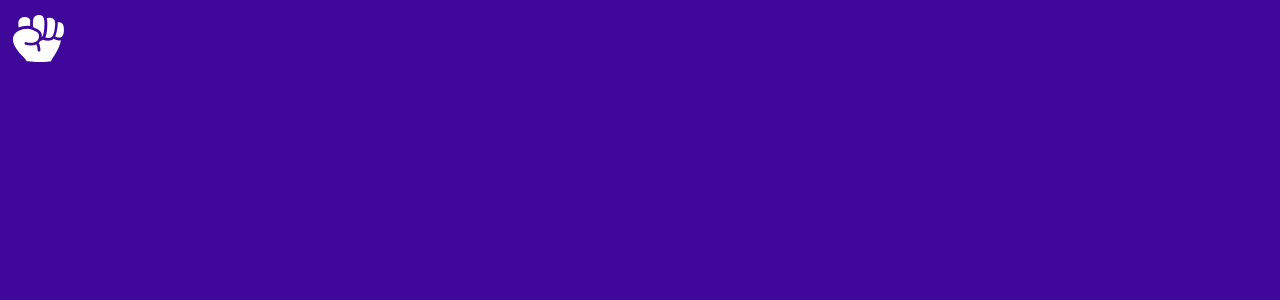
Repository: HI-CLAIRE/s.s.a.f.y_java
Page: / (app in rock-scissor-paper/)
These files come from the project's save history. The page is drawn as it stood at one moment and after the next save; the edit follows.
The browser window is 1280 px wide. The pictures show the whole page.
The project was rebuilt for these pictures with package versions that can differ from the ones it lists, and the page was loaded fresh each time.

Above is the page before, as saved 2022-12-12 19:34:06.

After the next save:
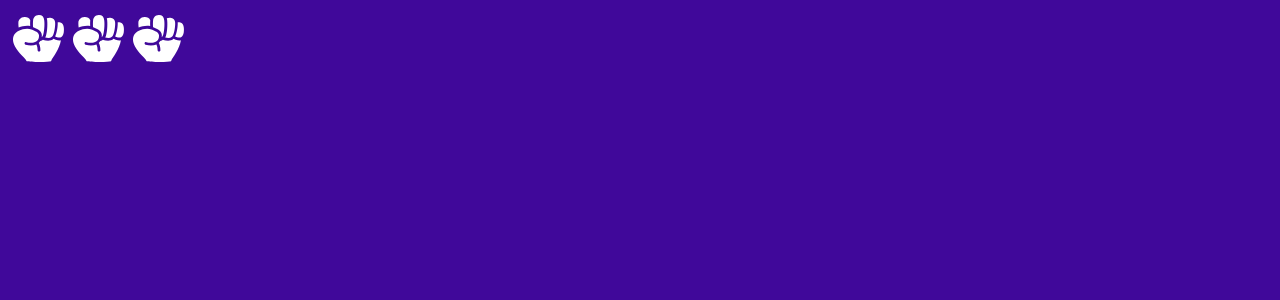
Saved 42 s later.
--- a/rock-scissor-paper/src/App.js
+++ b/rock-scissor-paper/src/App.js
@@ -1,9 +1,11 @@
-import HandIcon from './HandIcon'
+import HandIcon from "./HandIcon";
 
 function App() {
   return (
     <div>
-      <HandIcon />
+      <HandIcon value="rock" />
+      <HandIcon value="scissor" />
+      <HandIcon value="paper" />
     </div>
   );
 }
